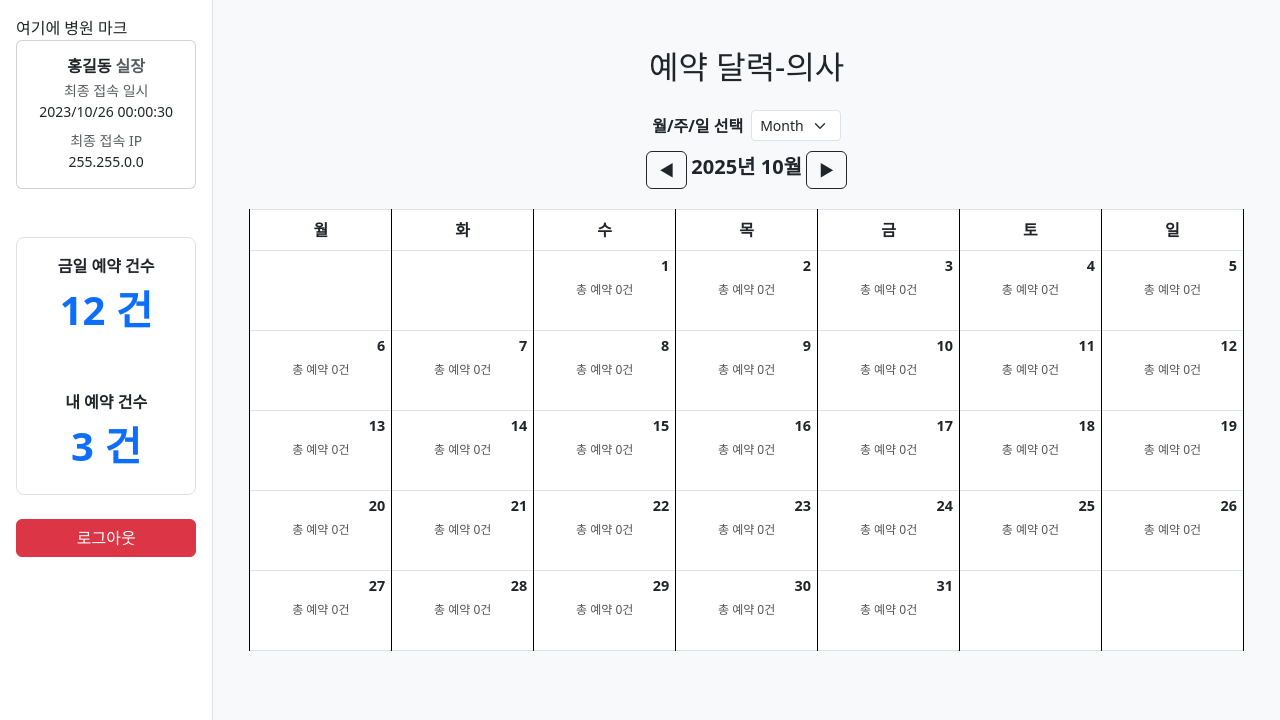
Repository: j-pyohub/LIBRARY_PROJECT
Page: CRM_Project/WebContent/doctorReserveList.html
The author's editor kept a copy of each file at every save. The page is drawn from the files as they stood at one save, then again after the next save.
The browser window is 1280 px wide. The pictures show the whole page.

Above is the page before, as saved 2025-10-11 09:53:38.

### CRM_Project/WebContent/doctorReserveList.html
<!doctype html>
<html lang="ko">
<head>
  <meta charset="utf-8">
  <title>예약 달력-의사</title>

  <!-- ✅ Bootstrap 5.3.0 -->
  <link
    href="https://cdn.jsdelivr.net/npm/bootstrap@5.3.0/dist/css/bootstrap.min.css"
    rel="stylesheet">

  <style>
    /* ✅ 테이블 전체 선 검정색 */
    table, th, td {
      border: 1px solid black;
      border-collapse: collapse;
    }


    #container {
      margin-top: 20px;
    }

    .calendar-controls {
      display: flex;
      flex-direction: column; /* 위아래 배치 */
      align-items: center;
      gap: 10px;
      margin-bottom: 15px;
    }

    /* ✅ 날짜를 오른쪽 상단으로 정렬 */
    .month-view td {
      position: relative;
      height: 80px;
      vertical-align: top !important;
    }
    .month-view td strong {
      position: absolute;
      top: 4px;
      right: 6px;
      font-size: 0.9rem;
    }
    .month-view td small {
      display: block;
      margin-top: 22px;
      font-size: 0.75rem;
      color: #555;
    }

    /* ✅ 주간 / 일간 달력의 표 높이 축소 */
    .week-view td,
    .day-view td {
      height: 36px;
      padding: 4px 6px !important;
      font-size: 0.85rem;
      vertical-align: middle !important;
    }
  </style>
</head>

<body class="bg-body-tertiary">
<div class="container-fluid">
  <div class="row">

    <!-- 여기서 사이드바를 주입 -->
    <div id="sidebar-slot" class="col-2 p-0"></div>

    <!-- 메인 -->
    <main class="col-10 p-4">
  <div class="container py-4">
    <h2 class="text-center mb-4">예약 달력-의사</h2>

    <div class="calendar-controls">
      <!-- ✅ 드롭다운 -->
      <div class="d-inline-flex align-items-center">
        <label for="viewSelect" class="me-2 mb-0 fw-bold">월/주/일 선택</label>
        <select id="viewSelect" class="form-select form-select-sm w-auto">
          <option value="month" selected>Month</option>
          <option value="week">Week</option>
          <option value="day">Day</option>
        </select>
      </div>

      <!-- ✅ 이전/다음 버튼 -->
      <div>
        <button id="prev" class="btn btn-outline-dark">◀</button>
        <span id="ym" class="fw-bold fs-5">—</span>
        <button id="next" class="btn btn-outline-dark">▶</button>
      </div>
    </div>

    <div id="container"></div>
  </div>
	</main>
		</div>
	</div>
	<script>
	  // sidebar.html을 불러와서 #sidebar-slot에 삽입
	  async function loadSidebar(activeKey) {
	    const slot = document.getElementById('sidebar-slot');
	    const resp = await fetch('./doctorSidebar.html'); // 경로는 프로젝트 구조에 맞게
	    const html = await resp.text();
	    slot.innerHTML = html;

	    // 활성 메뉴 표시 (data-route 값을 사용)
	    const current = slot.querySelector(`[data-route="${activeKey}"]`);
	    if (current) {
	      // 전부 초기화
	      slot.querySelectorAll('#sidebar-nav .nav-link').forEach(a=>{
	        a.classList.remove('active','bg-primary','text-white');
	        a.classList.add('text-dark');
	      });
	      // 현재만 활성
	      current.classList.add('active','bg-primary','text-white');
	      current.classList.remove('text-dark');
	    }
	  }

	  // 이 페이지의 활성 키만 바꿔주면 됨
	  loadSidebar('patientList');

  /* 예약 데이터 (예시) */
  const reservationEvents = {
    "2025-09-16": [
      { start: "09:00", end: "09:30", title: "고은님" },
      { start: "14:00", end: "14:30", title: "이수현" }
    ],
    "2025-09-15": [
      { start: "10:00", end: "11:00", title: "심박 검사" }
    ]
  };

  /* 전역 상태 */
  let viewMode = 'month';
  let viewDate = new Date();
  viewDate.setDate(1);

  function fmt(date) {
    const y = date.getFullYear();
    const m = String(date.getMonth()+1).padStart(2,'0');
    const d = String(date.getDate()).padStart(2,'0');
    return `${y}-${m}-${d}`;
  }
  function startOfWeekMonday(d) {
    const dt = new Date(d);
    const day = dt.getDay();
    const diff = (day === 0 ? -6 : 1 - day);
    dt.setDate(dt.getDate() + diff);
    dt.setHours(0,0,0,0);
    return dt;
  }
  function addDays(d, n) {
    const dt = new Date(d);
    dt.setDate(dt.getDate() + n);
    return dt;
  }

  const container = document.getElementById('container');
  const ymSpan = document.getElementById('ym');

  function render() {
    if (viewMode === 'month') renderMonth();
    else if (viewMode === 'week') renderWeek();
    else renderDay();
  }

  /* ✅ Month View (월요일 시작, 날짜 오른쪽 상단) */
  function renderMonth() {
    const year = viewDate.getFullYear();
    const month = viewDate.getMonth();
    ymSpan.textContent = `${year}년 ${month + 1}월`;

    let firstDay = new Date(year, month, 1).getDay(); // 0=일요일
    if (firstDay === 0) firstDay = 7; // 일요일을 7로
    const daysInMonth = new Date(year, month + 1, 0).getDate();

    const days = ['월', '화', '수', '목', '금', '토', '일'];

    let html = '<table class="table table-bordered text-center align-middle month-view"><thead><tr>';
    for (const d of days) html += `<th>${d}</th>`;
    html += '</tr></thead><tbody>';

    let day = 1;
    let started = false;

    for (let r = 0; r < 6 && day <= daysInMonth; r++) {
      html += '<tr>';
      for (let c = 1; c <= 7; c++) {
        if (!started && c < firstDay) {
          html += '<td></td>';
        } else if (day > daysInMonth) {
          html += '<td></td>';
        } else {
          const dateKey = `${year}-${String(month + 1).padStart(2, '0')}-${String(day).padStart(2, '0')}`;
          const count = (reservationEvents[dateKey] || []).length;
          html += `<td><strong>${day}</strong><small>총 예약 ${count}건</small></td>`;
          day++;
          started = true;
        }
      }
      html += '</tr>';
    }

    html += '</tbody></table>';
    container.innerHTML = html;
  }

  /* ✅ Week View (예약 목록 표시로 변경) */
  function renderWeek() {
    const monday = startOfWeekMonday(viewDate);
    const weekDays = [];
    for (let i = 0; i < 7; i++) weekDays.push(addDays(monday, i));
    ymSpan.textContent = `${fmt(weekDays[0])} ~ ${fmt(weekDays[6])}`;

    const hours = [];
    for (let h = 7; h <= 19; h++) hours.push(h);

    let html = '<table class="table table-bordered text-center align-middle week-view"><thead><tr><th>시간</th>';
    for (let d of weekDays) {
      const dayLabel = d.toLocaleDateString('ko-KR', { weekday: 'short' });
      html += `<th>${dayLabel} (${d.getMonth() + 1}/${d.getDate()})</th>`;
    }
    html += '</tr></thead><tbody>';

    for (let h of hours) {
      html += '<tr>';
      html += `<td>${h}:00</td>`;
      for (let d of weekDays) {
        const key = fmt(d);
        const evs = (reservationEvents[key] || []).filter(e =>
          e.start.startsWith(String(h).padStart(2, '0'))
        );
        // ✅ 예약 목록 표시 (일간처럼)
        if (evs.length > 0) {
          html += `<td class="text-start">${evs.map(e => `<div>${e.start} - ${e.end} ${e.title}</div>`).join('')}</td>`;
        } else {
          html += `<td></td>`;
        }
      }
      html += '</tr>';
    }

    // ✅ 마지막 줄: 각 날짜별 총 예약 수
    html += '<tr>';
    html += `<td class="fw-bold bg-light">총 예약</td>`;
    for (let d of weekDays) {
      const key = fmt(d);
      const total = (reservationEvents[key] || []).length;
      html += `<td class="bg-light fw-bold">총 ${total}건</td>`;
    }
    html += '</tr>';

    html += '</tbody></table>';
    container.innerHTML = html;
  }

  /* ✅ Day View (그대로 유지) */
  function renderDay() {
    const key = fmt(viewDate);
    ymSpan.textContent = key;

    const hours = [];
    for (let h=7; h<=19; h++) hours.push(h);

    let html = '<table class="table table-bordered text-center align-middle day-view"><thead><tr><th>시간</th><th>예약</th></tr></thead><tbody>';
    for (let h of hours) {
      const evs = (reservationEvents[key]||[]).filter(e => e.start.startsWith(String(h).padStart(2,'0')));
      html += `<tr><td>${h}:00</td><td class="text-start">${evs.map(e=>`${e.start}-${e.end} ${e.title}`).join('<br>')}</td></tr>`;
    }
    html += '</tbody></table>';
    container.innerHTML = html;
  }

  /* ✅ 드롭다운 이벤트 */
  const viewSelect = document.getElementById('viewSelect');
  viewSelect.addEventListener('change', () => {
    viewMode = viewSelect.value;
    render();
  });

  /* ✅ 이전 / 다음 버튼 */
  document.getElementById('prev').onclick = ()=>{
    if (viewMode==='month') viewDate.setMonth(viewDate.getMonth()-1);
    else if (viewMode==='week') viewDate.setDate(viewDate.getDate()-7);
    else if (viewMode==='day') viewDate.setDate(viewDate.getDate()-1);
    render();
  };
  document.getElementById('next').onclick = ()=>{
    if (viewMode==='month') viewDate.setMonth(viewDate.getMonth()+1);
    else if (viewMode==='week') viewDate.setDate(viewDate.getDate()+7);
    else if (viewMode==='day') viewDate.setDate(viewDate.getDate()+1);
    render();
  };

  /* ✅ 최초 렌더 */
  render();
  </script>
</body>
</html>

### CRM_Project/WebContent/doctorSidebar.html
<meta charset="utf-8">
<!-- sidebar.html -->
<aside class="bg-white border-end vh-100 d-flex flex-column p-3">
	<!--  <div class="text-center mb-4">
    <img src="hospital_logo.png" alt="병원 로고" class="img-fluid" style="max-width:100px;">
  </div>-->
	<div>여기에 병원 마크</div>
	<div class="card mb-4">

		<div class="card-body text-center">
			<h6 class="fw-bold mb-1">
				홍길동 <span class="text-muted">실장</span>
			</h6>
			<div class="small text-muted">최종 접속 일시</div>
			<div class="small">2023/10/26 00:00:30</div>
			<div class="small text-muted mt-2">최종 접속 IP</div>
			<div class="small">255.255.0.0</div>
		</div>
	</div>

	<!-- 예약 건수 카드 -->
	<div class="border rounded-3 text-center p-3 mt-4 w-100 bg-body">
		<div class="fw-bold">금일 예약 건수</div>
		<div class="display-6 fw-semibold my-2 text-primary">12 건</div>
		<br>
		<br>
		<div class="fw-bold">내 예약 건수</div>
		<div class="display-6 fw-semibold my-2 text-primary">3 건</div>
	</div>


	<div class="mt-4 text-center">
		<button class="btn btn-danger w-100">로그아웃</button>
	</div>
</aside>

After the next save:
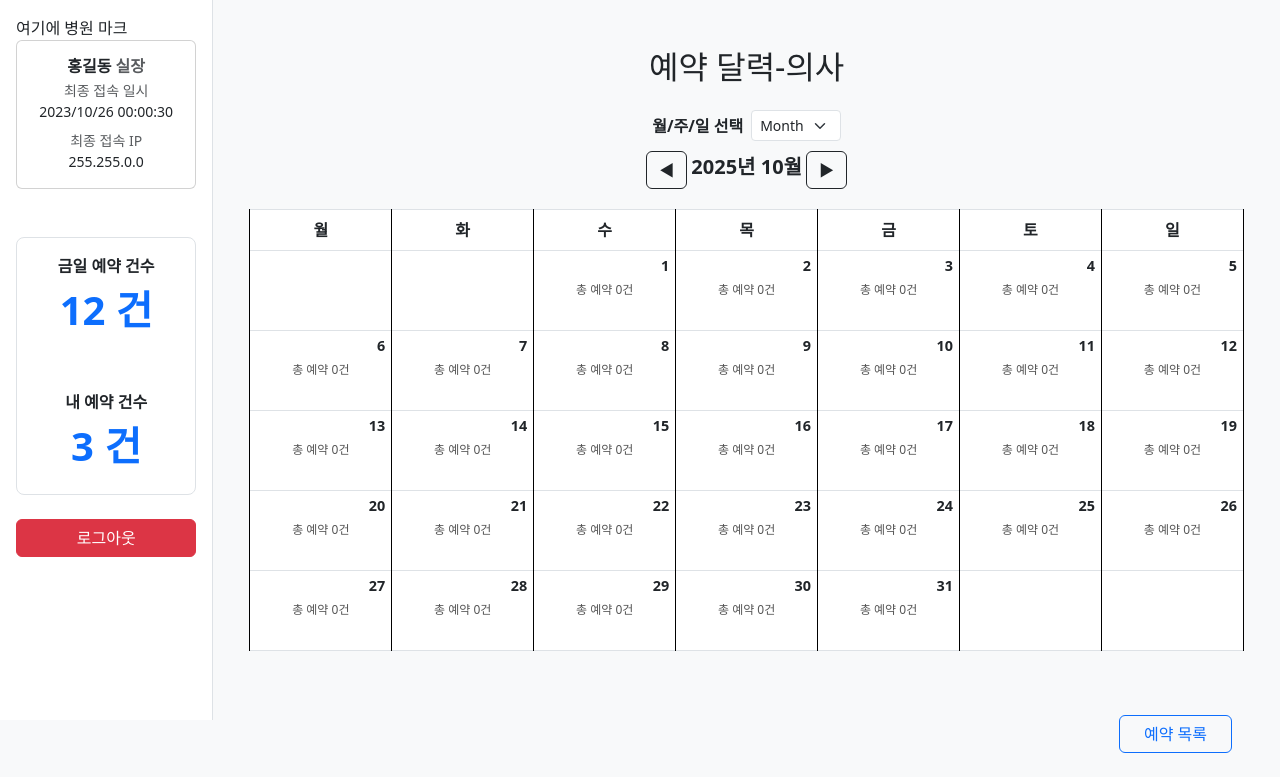
Saved 3 min 11 s later.
--- a/CRM_Project/WebContent/doctorReserveList.html
+++ b/CRM_Project/WebContent/doctorReserveList.html
@@ -92,6 +92,12 @@
 
     <div id="container"></div>
   </div>
+  <!-- ✅ 예약 버튼 영역 -->
+			<div class="d-flex justify-content-end gap-2 mt-4 pe-4">
+				<!-- 예약 목록 버튼 -->
+				<button class="btn btn-outline-primary px-4" data-bs-toggle="modal"
+					data-bs-target="#managerReservationModal">예약 목록</button>
+			</div>
 	</main>
 		</div>
 	</div>
